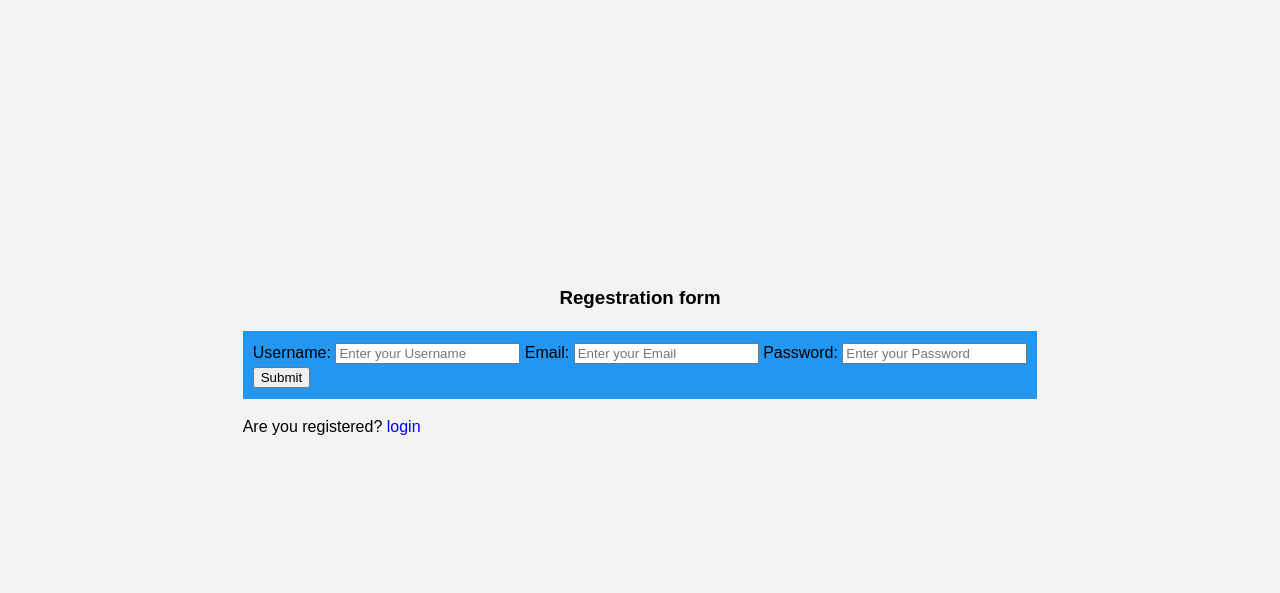
Repository: alizey12/Regestratin-Form-js
Page: regester.html
An editor plug-in stored every save of this project. The page is shown before and after the next save, followed by the edit.
The browser window is 1280 px wide. The pictures show the whole page.

Above is the page before, as saved 2024-11-29 13:41:51.

### regester.html
<!DOCTYPE html>
<html lang="en">
<head>
    <meta charset="UTF-8">
    <meta name="viewport" content="width=device-width, initial-scale=1.0">
    <link rel="stylesheet" href="regester.css">
    <title>Regestration form</title>
</head>
<body>
<h3>Regestration form</h3>


    <div class="main">

    <div class="grid-container">
        <form action="">
            <label for="first">
                Username:
            </label>
            <input type="text" id="first" name="first"
                placeholder="Enter your Username" required>

                <label for="first">
                    Email:
                </label>
                <input type="email" id="first" name="email"
                    placeholder="Enter your Email" required>

            <label for="password">
                Password:
            </label>
            <input type="password" id="password" name="password"
                placeholder="Enter your Password" required>

            <div class="wrap">
                <button type="submit">
                    Submit
                </button>
            </div>
        </form>
    </div>


        <p>Are you registered?
            <a href="signin.html" style="text-decoration: none;">
               login
            </a>
        </p>
    </div>


</body>
</html>

### regester.css


body {
    display: flex;
    align-items: center;
    justify-content: center;
    font-family: sans-serif;
    line-height: 1.5;
    min-height: 100vh;
    background: #f3f3f3;
    flex-direction: column;
    margin: 0;
}
.grid-container{
    display: grid;
    grid-template-columns: auto auto;
    background-color: #2196F3;
    padding: 10px;
}

After the next save:
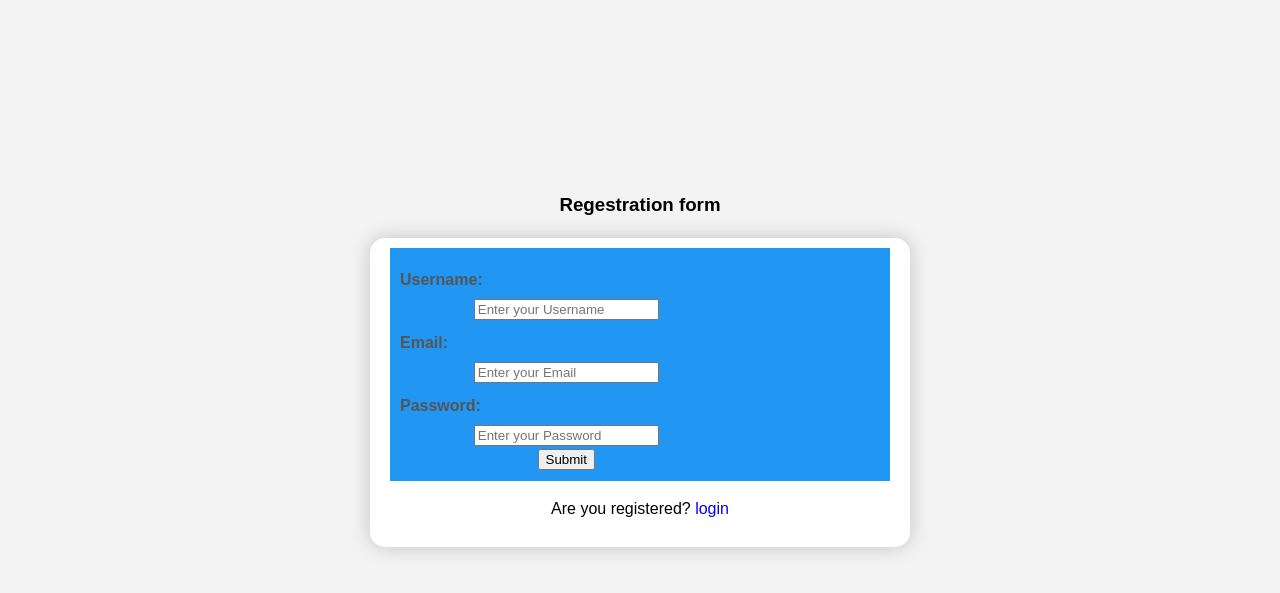
Saved 17 s later.
--- a/regester.css
+++ b/regester.css
@@ -11,6 +11,29 @@ body {
     flex-direction: column;
     margin: 0;
 }
+.main {
+    background-color: #fff;
+    border-radius: 15px;
+    box-shadow: 0 0 20px rgba(0, 0, 0, 0.2);
+    padding: 10px 20px;
+    transition: transform 0.2s;
+    width: 500px;
+    text-align: center;
+}
+
+h1 {
+    color: #4CAF50;
+}
+
+label {
+    display: block;
+    width: 100%;
+    margin-top: 10px;
+    margin-bottom: 5px;
+    text-align: left;
+    color: #555;
+    font-weight: bold;
+}
 .grid-container{
     display: grid;
     grid-template-columns: auto auto;
